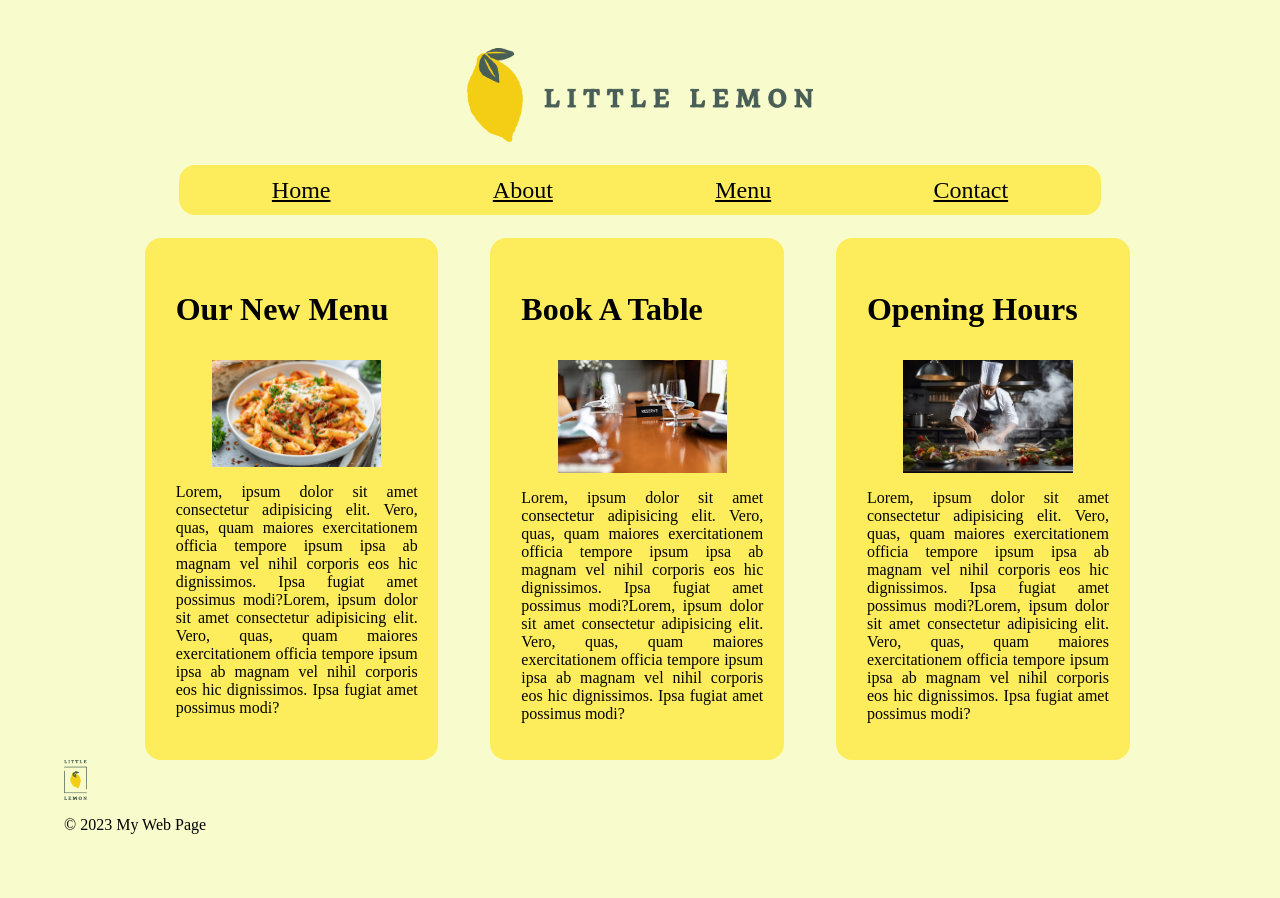
Repository: Yeshwanth-189/meta-html-css
Page: index.html
These files come from the project's save history. The page is drawn as it stood at one moment and after the next save; the edit follows.
The browser window is 1280 px wide. The pictures show the whole page.

Above is the page before, as saved 2025-04-21 23:19:53.

### index.html
<!DOCTYPE html>
<html lang="en">
    <head>
        <meta charset="UTF-8">
        <meta name="viewport" content="width=device-width, initial-scale=1.0">
        <title>Little Lemon</title>
        <link rel="stylesheet" href="styles.css">
        <meta name="description" content="A simple web page for Little Lemon restaurant.">
        <meta name="author" content="Little Lemon Restaurant">
    </head>
    <body>
        <header>
            <img src="/Logos/Asset 16@4x.png" alt="Little Lemon Logo" id="logo">
            <nav id="navbar">
                <ul>
                    <li><a href="home">Home</a></li>
                    <li><a href="about">About</a></li>
                    <li><a href="menu">Menu</a></li>
                    <li><a href="contact">Contact</a></li>
                </ul>
        </header>
        <main>
            <section>
                <article>
                    <h1>Our New Menu</h1>
                    <img src="/Logos/Pasta.png" alt="Pasta Image" id="article-image">
                    <p>Lorem, ipsum dolor sit amet consectetur adipisicing elit. Vero, quas, quam maiores exercitationem officia tempore ipsum ipsa ab magnam vel nihil corporis eos hic dignissimos. Ipsa fugiat amet possimus modi?Lorem, ipsum dolor sit amet consectetur adipisicing elit. Vero, quas, quam maiores exercitationem officia tempore ipsum ipsa ab magnam vel nihil corporis eos hic dignissimos. Ipsa fugiat amet possimus modi?</p>
                </article>
                <article>
                    <h1>Book A Table</h1>
                    <img src="/Logos/reserve.jpg" alt="Reserve Image" id="article-image">
                    <p>Lorem, ipsum dolor sit amet consectetur adipisicing elit. Vero, quas, quam maiores exercitationem officia tempore ipsum ipsa ab magnam vel nihil corporis eos hic dignissimos. Ipsa fugiat amet possimus modi?Lorem, ipsum dolor sit amet consectetur adipisicing elit. Vero, quas, quam maiores exercitationem officia tempore ipsum ipsa ab magnam vel nihil corporis eos hic dignissimos. Ipsa fugiat amet possimus modi?</p>
                </article>
                <article>
                    <h1>Opening Hours</h1>
                    <img src="/Logos/Chef.jpg" alt="Chef Image" id="article-image">
                    <p>Lorem, ipsum dolor sit amet consectetur adipisicing elit. Vero, quas, quam maiores exercitationem officia tempore ipsum ipsa ab magnam vel nihil corporis eos hic dignissimos. Ipsa fugiat amet possimus modi?Lorem, ipsum dolor sit amet consectetur adipisicing elit. Vero, quas, quam maiores exercitationem officia tempore ipsum ipsa ab magnam vel nihil corporis eos hic dignissimos. Ipsa fugiat amet possimus modi?</p>
                </article>
            </section>
        </main>
        <footer>
            <div>
                <img src="/Logos/Asset 20@4x.png" alt="Little Lemon Logo">
            </div>
            <div>
                <p>&copy; 2023 My Web Page</p>
            </div>
        </footer>
</html>

### styles.css
body {
  background-color: #f8fccc;
  margin-top: 3rem;
  margin-bottom: 3rem;
  margin-left: 5%;
  margin-right: 5%;
}
h1 {
  font-size: 3rem;
}
h1 {
  font-size: 2rem;
}
header > img {
  display: block;
  margin-left: auto;
  margin-right: auto;
  width: 30%;
  height: auto;
}
nav ul {
  margin: 2% 10% 2% 10%;
  list-style-type: none;
  text-align: center;
  padding: 1%;
  background-color: rgb(253, 237, 92);
  display: flex;
  font-size: 1.5rem;
  border-radius: 1rem;
  justify-content: space-around;
}
nav li {
  display: inline-block;
}
section {
  display: flex;
  margin: 0% 3% 0% 7%;
}
article {
  flex: 1;
  padding-left: 3%;
  padding-right: 2%;
  padding-top: 2%;
  padding-bottom: 2%;
  text-align: justify;
  background-color: rgb(253, 237, 92);
  margin-right: 5%;
  border-radius: 1rem;
}
article > img {
  display: block;
  margin-left: auto;
  margin-right: auto;
  width: 70%;
  height: auto;
}
footer div {
  display: flex;
  flex-direction: column;
}
footer {
  flex: 1;
}
footer > div > img {
  display: block;
  width: 2%;
  height: auto;
}

a {
  color: black;
}

After the next save:
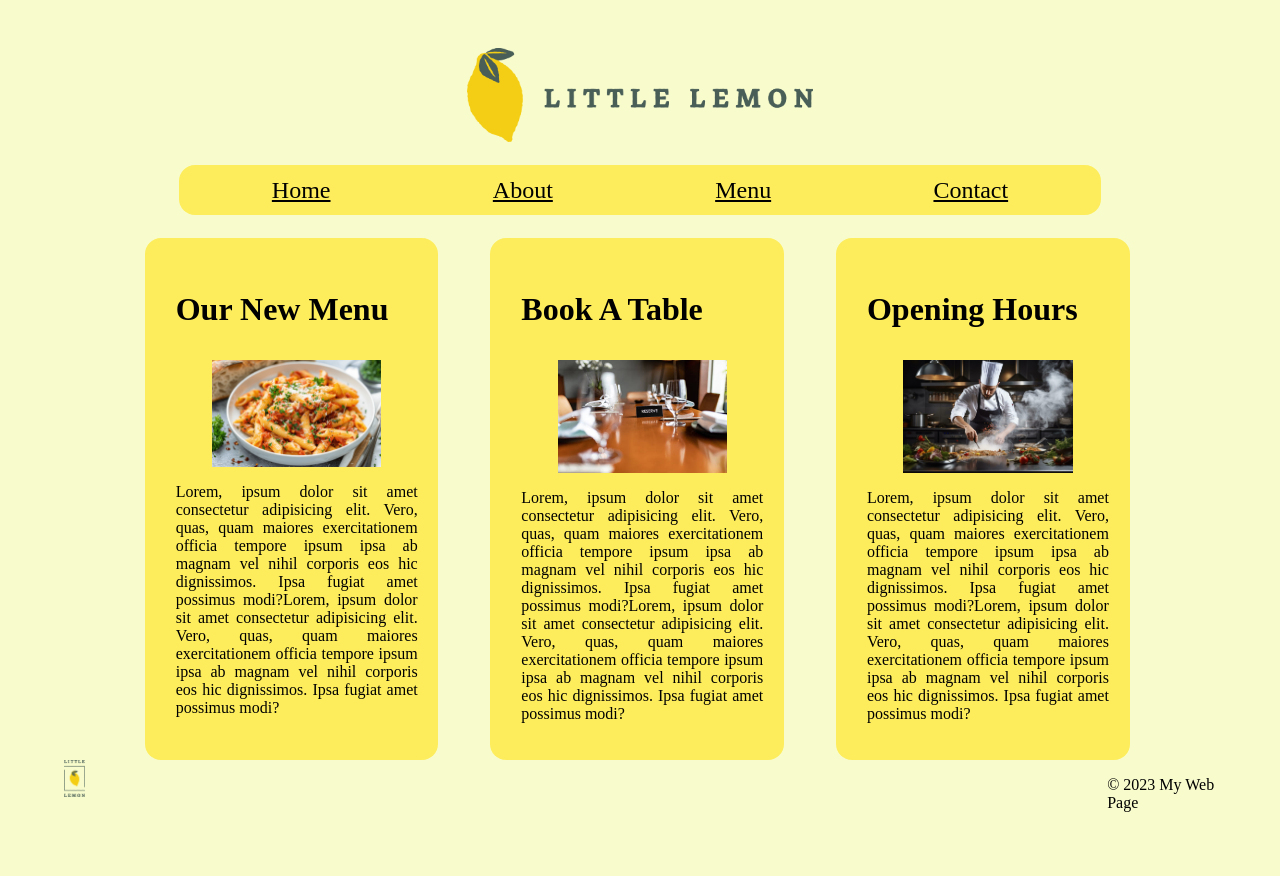
Saved 99 s later.
--- a/styles.css
+++ b/styles.css
@@ -54,12 +54,8 @@
   width: 70%;
   height: auto;
 }
-footer div {
+footer {
   display: flex;
-  flex-direction: column;
-}
-footer {
-  flex: 1;
 }
 footer > div > img {
   display: block;
